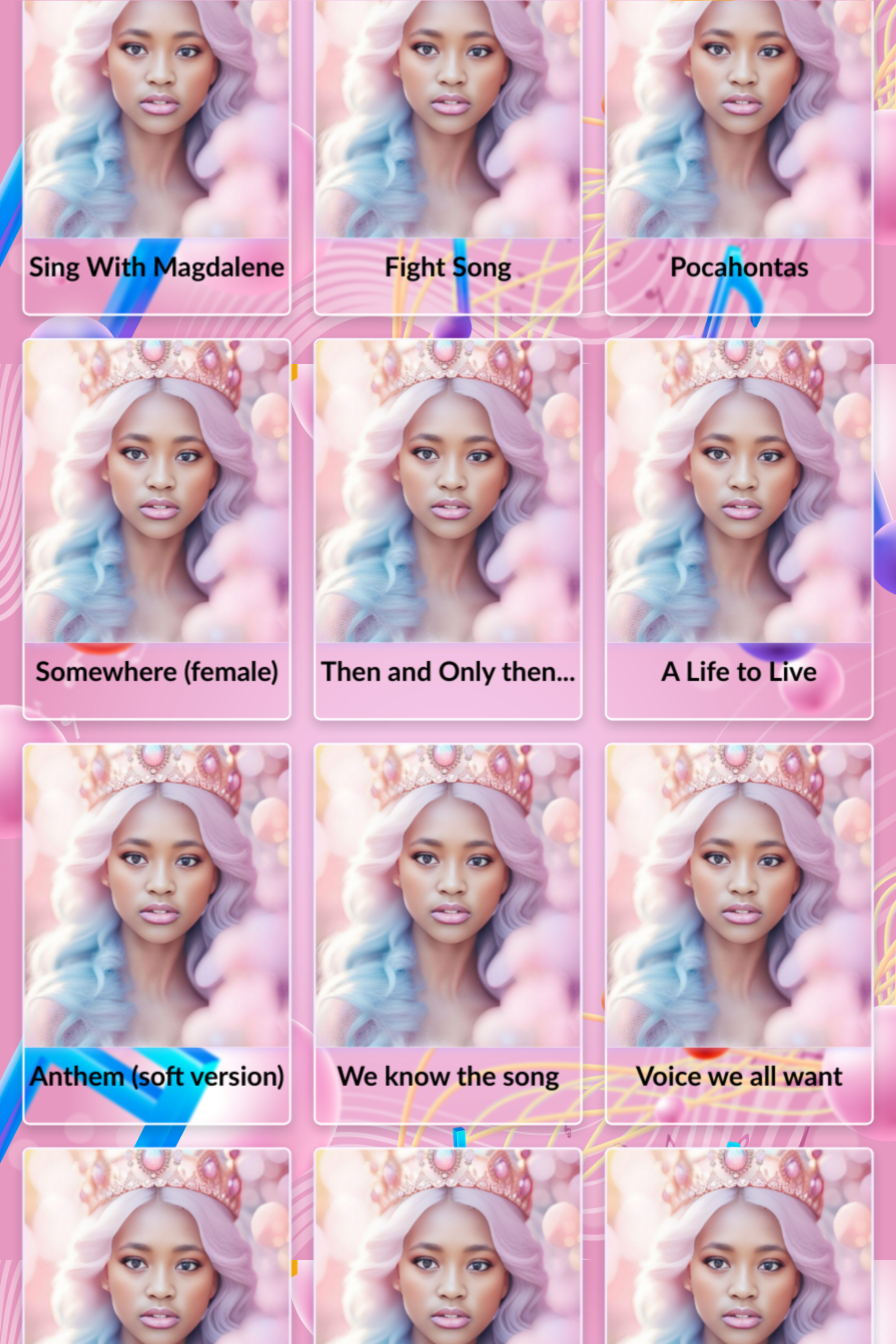
Repository: VladimirGagarin/Meg
Page: /
An editor plug-in stored every save of this project. The page is shown before and after the next save, followed by the edit.
The browser window is 1280 px wide. The pictures show the part of the page from y = 2040 to 3960 px (the page is 7189 px tall), at 70% of full size.
Backgrounds fixed to the window are drawn as part of the page. The project was rebuilt for these pictures with package versions that can differ from the ones it lists, and the page was loaded fresh each time. Also part of the build but not shown: vite.config.js, src/components/Controls.jsx, src/pages/SongScreen.css, src/components/lyricsCard.jsx, src/pages/SongScreen.jsx, src/pages/QuoteScreen.css, src/pages/Quotes.jsx, src/pages/Offline.jsx. Imported but missing from the stored project, and not drawn on this page: src/assets/audios/Ember2.mp3, src/assets/audios/Empress.mp3, src/assets/audios/Fiesta.mp3, src/assets/audios/Fight_song.mp3, src/assets/audios/Furaha_Yangu.mp3, src/assets/audios/IamMagdalene.mp3, src/assets/audios/The beginning.mp3, src/assets/audios/anthem.mp3 and 28 more.

Above is the page before, as saved 2025-07-19 11:34:48.

After the next save:
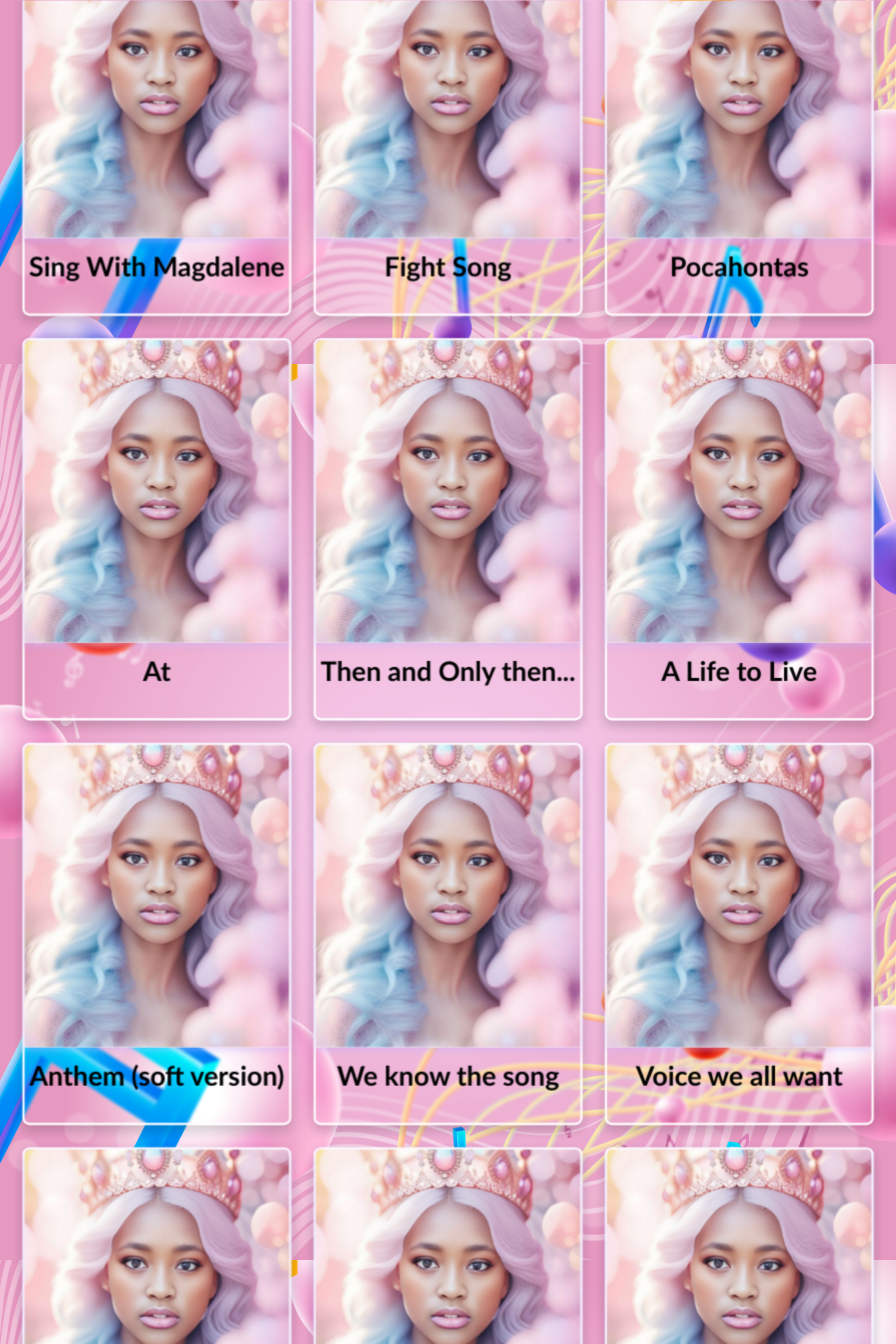
Saved 8 s later.
--- a/src/components/SongDetails.js
+++ b/src/components/SongDetails.js
@@ -342,7 +342,7 @@ export const songDetails = [
 
   {
     id: "at_all_cost_song",
-    title: "Somewhere (female)",
+    title: "At ",
     audio: SomewhereFem,
     lyrics: SomewhereFemLy(),
   },
